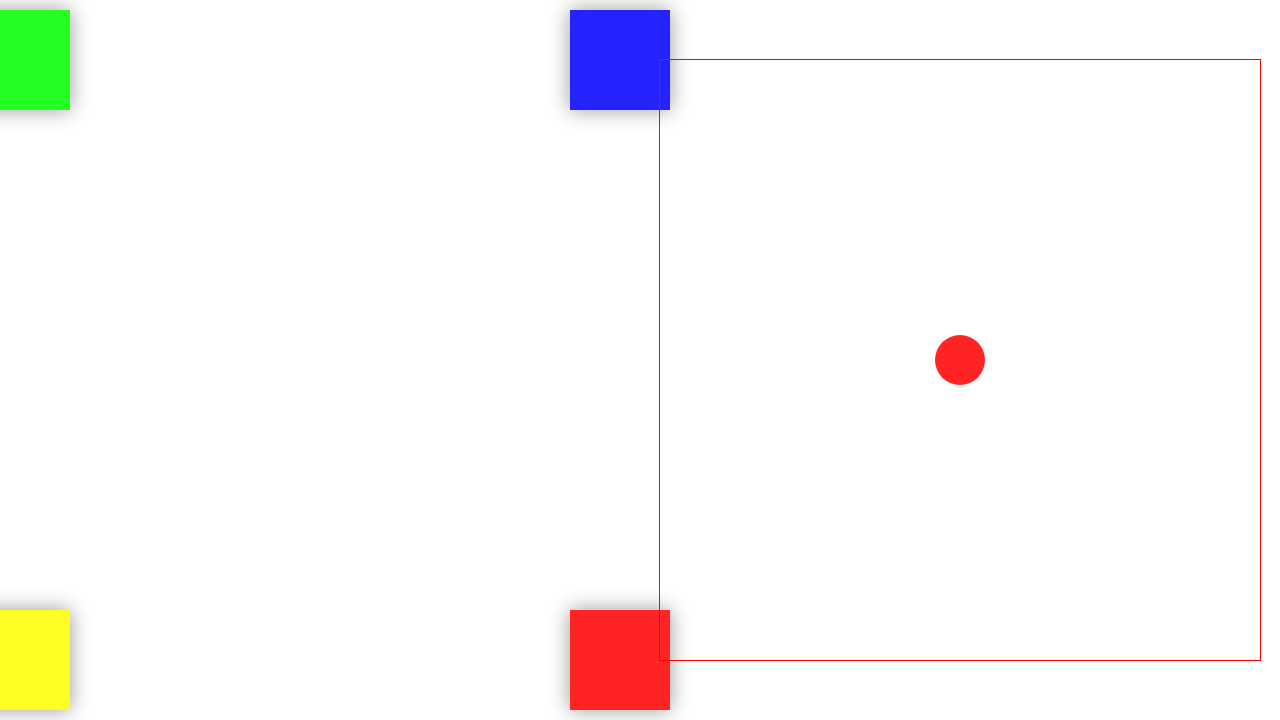
Repository: randgars/game
Page: index.html
The author's editor kept a copy of each file at every save. The page is drawn from the files as they stood at one save, then again after the next save.
The browser window is 1280 px wide. The pictures show the whole page.

Above is the page before, as saved 2017-09-29 16:13:21.

### index.html
<!DOCTYPE html>
<html lang="en">
<head>
    <meta charset="UTF-8">
    <meta name="viewport" content="width=device-width, initial-scale=1.0">
    <meta http-equiv="X-UA-Compatible" content="ie=edge">
    <title>Document</title>
    <link rel="stylesheet" href="./style.css">
    <script type="text/javascript" src="./index.js"></script>
</head>
<body>
    <div class="wrapper">
        <div class="square first"></div>
        <div class="square second"></div>
        <div class="square third"></div>
        <div class="square fourth"></div>
    </div>

    <div id="wrapper" class="wrapper">
        <div id="circle" class="circle"></div>
    </div>

    <div class="coordinates">
        <span id="x"></span>
        <span id="y"></span>
        <span id="x2"></span>
        <span id="y2"></span>
    </div>
</body>
</html>

### style.css
body {
    padding: 0;
    margin: 0;
    display: flex;
    justify-content: space-around;
    align-items: center;
    height: 100vh;
}
.wrapper {
    position: relative;
    width: 600px;
    height: 600px;
}
.square {
    height: 100px;
    width: 100px;
    box-shadow: 0 0 20px rgba(0, 0, 0, .4);
    position: absolute;
}
.first {
    animation-name: first;
    animation-duration: 5s;
    animation-iteration-count: infinite;
    animation-timing-function: linear;
    background-color: rgba(35, 255, 35, 1);
    top: calc(0% - 50px);
    left: calc(0% - 50px);
}
.second {
    animation-name: second;
    animation-duration: 5s;
    animation-iteration-count: infinite;
    animation-timing-function: linear;
    background-color: rgba(35, 35, 255, 1);
    top: calc(0% - 50px);
    left: calc(100% - 50px);
}
.third {
    animation-name: third;
    animation-duration: 5s;
    animation-iteration-count: infinite;
    animation-timing-function: linear;
    background-color: rgb(255, 35, 35);
    top: calc(100% - 50px);
    left: calc(100% - 50px);
}
.fourth {
    animation-name: fourth;
    animation-duration: 5s;
    animation-iteration-count: infinite;
    animation-timing-function: linear;
    background-color: rgba(255, 255, 35, 1);
    top: calc(100% - 50px);
    left: calc(0% - 50px);
}

.first:hover, .second:hover, .third:hover, .fourth:hoer {
    animation-play-state: paused;
}

@keyframes first {
    from {
        transform: rotate(360deg);
    }
    25% {
        background-color: rgba(35, 35, 255, 1);
    }
    50% {
        top: calc(100% - 50px);
        left: calc(100% - 50px);
        background-color: rgb(255, 35, 35);
    }
    75% {
        background-color: rgba(255, 255, 35, 1);
    }
    to {
        transform: rotate(0deg);
    }
}
@keyframes second {
    from {
        transform: rotate(0deg);
    }
    25% {
        background-color: rgb(255, 35, 35);
    }
    50% {
        top: calc(100% - 50px);
        left: calc(0% - 50px);
        background-color: rgba(255, 255, 35, 1);
    }
    75% {
        background-color: rgba(35, 255, 35, 1);
    }
    to {
        transform: rotate(360deg);
    }
}
@keyframes third {
    from {
        transform: rotate(360deg);
    }
    25% {
        background-color: rgba(255, 255, 35, 1);
    }
    50% {
        top: calc(0% - 50px);
        left: calc(0% - 50px);
        background-color: rgba(35, 255, 35, 1);
    }
    75% {
        background-color: rgba(35, 35, 255, 1);
    }
    to {
        transform: rotate(0deg);
    }
}
@keyframes fourth {
    from {
        transform: rotate(0deg);
    }
    25% {
        background-color: rgba(35, 255, 35, 1);
    }
    50% {
        top: calc(0% - 50px);
        left: calc(100% - 50px);
        background-color: rgba(35, 35, 255, 1);
    }
    75% {
        background-color: rgb(255, 35, 35);
    }
    to {
        transform: rotate(360deg);
    }
}

#wrapper {
    border: solid 1px red;
}

.circle {
    border-radius: 100%;
    background-color: rgb(255, 35, 35);
    position: absolute;
    top: calc(50% - 25px);
    left: calc(50% - 25px);
    width: 50px;
    height: 50px;
    transition: left 0.3s, top 0.1s;
}
.coordinates {
    display: flex;
    flex-direction: column;
    position: fixed;
    right: 50px;
    top: 50px;
}

### index.js
var elem;
window.onload = function() {
    elem = document.getElementById("wrapper");
    elem.addEventListener("mousemove", mouseMove, true);
}

function mouseMove(event) {
    var circle = document.getElementById("circle");

    // cursor coordinates
    var cursorX = event.clientX - elem.offsetLeft;
    var cursorY = event.clientY - elem.offsetTop;

    // circle coordinates
    var circleTop = circle.offsetTop;
    var circleLeft = circle.offsetLeft;
    var circleBottom = circle.offsetTop + circle.clientHeight;
    var circleRight = circle.offsetLeft + circle.clientWidth;

    //protective field coordinates
    var value = 50;
    var fieldTop = circleTop - value;
    var fieldLeft = circleLeft - value;
    var fieldBottom = circleBottom + value;
    var fieldRight = circleRight + value;

    // if (x < 0 || x > elem.clientWidth || y < 0 || y > elem.clientHeight) {
    //     circle.style.left = "calc(50% - 25px)";
    //     circle.style.top = "calc(50% - 25px)";
    // } else {
    //     circle.style.left = x - 25 + "px";
    //     circle.style.top = y - 25 + "px";
    // }
    var pointX = getRandomPoint(0, elem.clientWidth + 1);
    var pointY = getRandomPoint(0, elem.clientHeight + 1);

    if ((cursorX > fieldLeft &&  cursorX < fieldRight) && (cursorY > fieldTop && cursorY < fieldBottom)) {
        circle.style.top = pointY + "px";
        circle.style.left = pointX + "px";
    } else {
        // circle.style.visibility = "visible";
    }

    function getRandomPoint(min, max) {
        return Math.floor(Math.random() * (max - min)) + min;
    }

    document.getElementById('x').innerHTML="cursor x: " + cursorX;
    document.getElementById('y').innerHTML="cursor y: " + cursorY;
    document.getElementById('x2').innerHTML="point x: " + pointX;
    document.getElementById('y2').innerHTML="point y: " + pointY;
}

After the next save:
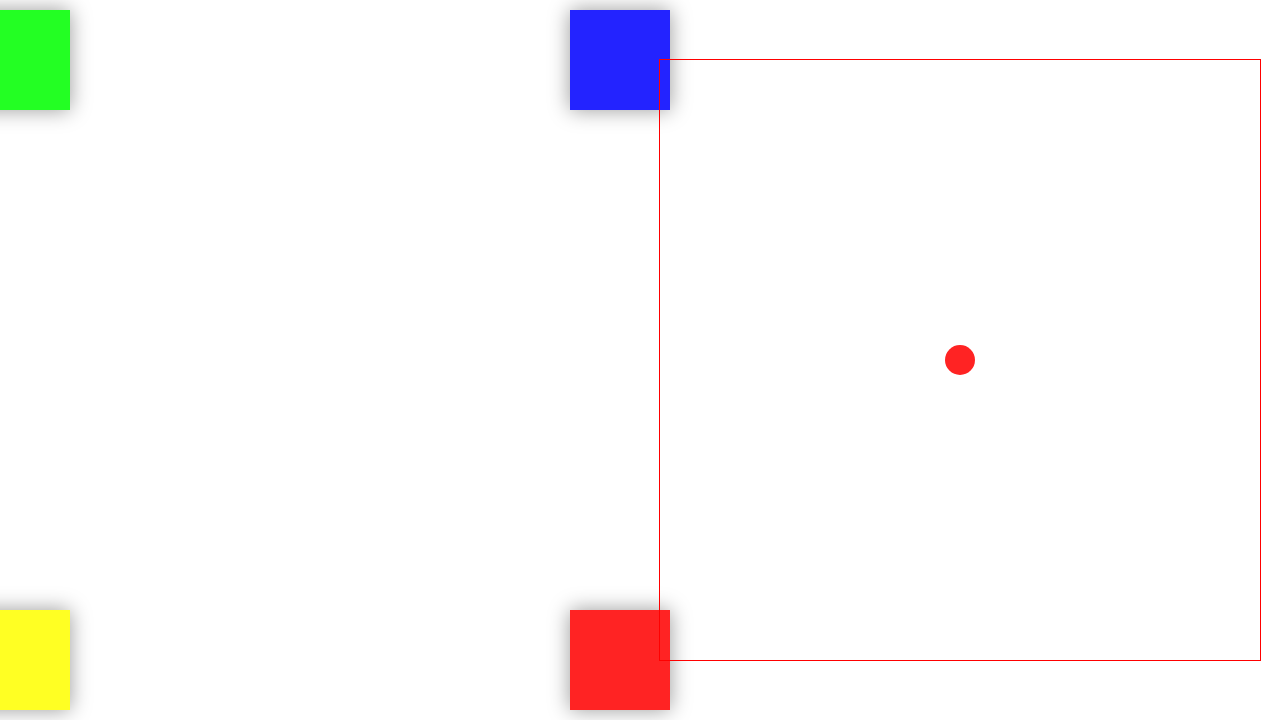
Saved 3 min 56 s later.
--- a/style.css
+++ b/style.css
@@ -143,10 +143,10 @@ body {
     border-radius: 100%;
     background-color: rgb(255, 35, 35);
     position: absolute;
-    top: calc(50% - 25px);
-    left: calc(50% - 25px);
-    width: 50px;
-    height: 50px;
+    top: calc(50% - 15px);
+    left: calc(50% - 15px);
+    width: 30px;
+    height: 30px;
     transition: left 0.3s, top 0.1s;
 }
 .coordinates {
